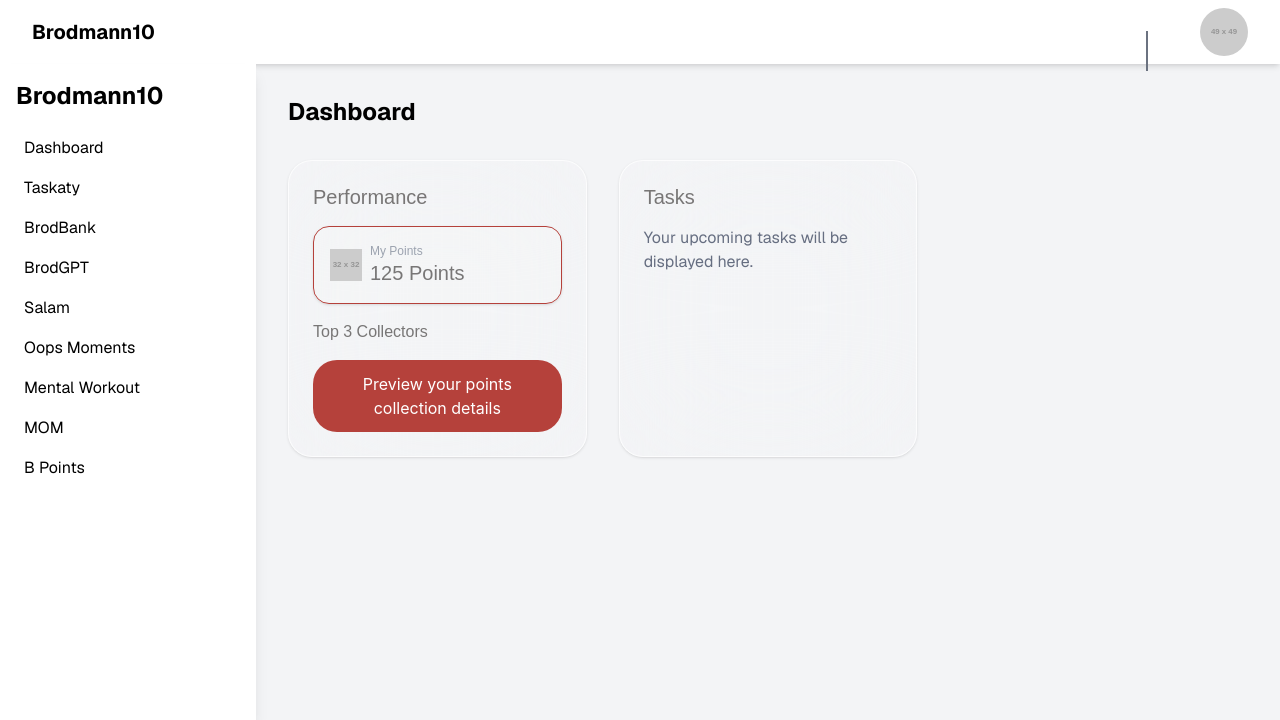
Repository: niirshihab/aetherav14
Page: /dashboard
An editor plug-in stored every save of this project. The page is shown before and after the next save, followed by the edit.
The browser window is 1280 px wide. The pictures show the whole page.
The project was rebuilt for these pictures with package versions that can differ from the ones it lists, and the page was loaded fresh each time. Some packages were replaced by stand-ins written for this rebuild. The framework's server and built-in components were replaced by stand-ins that run in the browser. Also part of the build but not shown: next.config.js.

Above is the page before, as saved 2024-07-21 02:05:26.

After the next save:
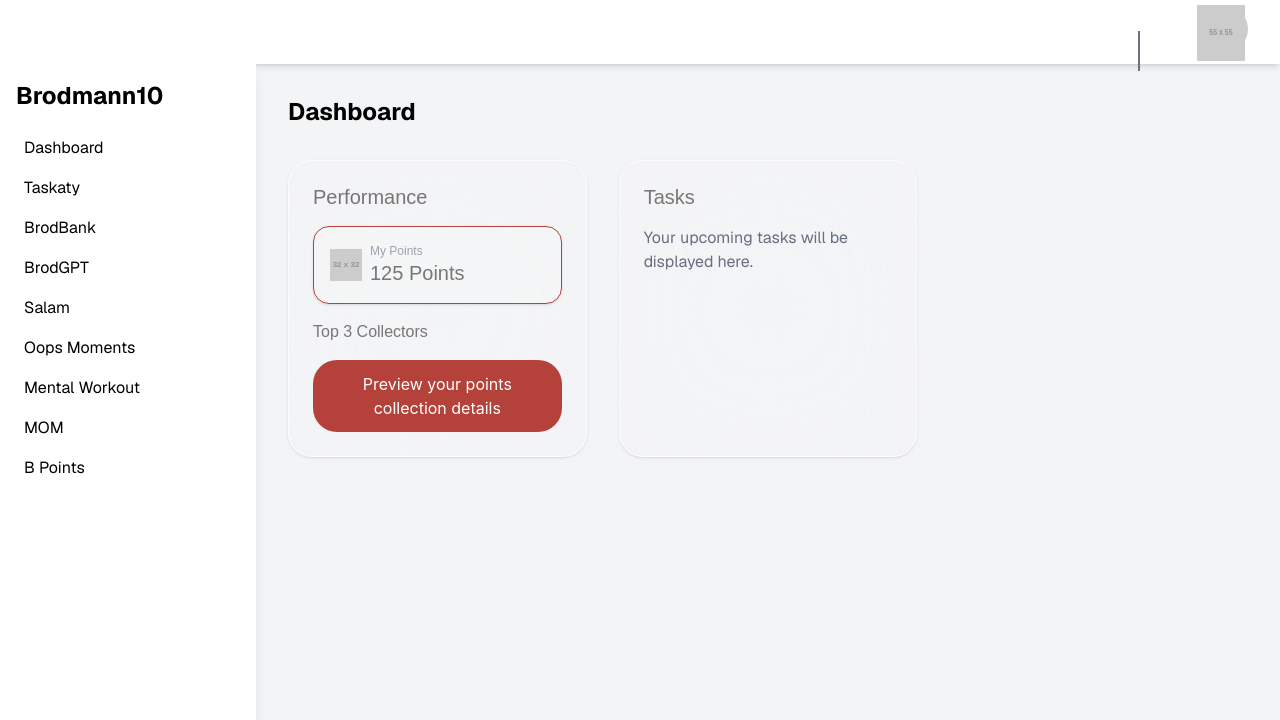
Saved 18 s later.
--- a/components/TopBar.tsx
+++ b/components/TopBar.tsx
@@ -9,34 +9,36 @@ export const TopBar: React.FC = () => {
   return (
     <div className="w-full bg-white shadow-md">
       <div className="max-w-7xl mx-auto px-4 sm:px-6 lg:px-8">
-        <div className="flex justify-between items-center h-16">
-          <div className="flex-shrink-0">
-            {/* Add your logo or brand name here */}
-            <span className="text-xl font-bold">Brodmann10</span>
-          </div>
-          <div className="ml-4 flex items-center">
+        <div className="flex justify-end items-center h-16">
+          <div className="flex items-center gap-5">
             <div className="TopBarLineSeperator w-10 h-px origin-top-left rotate-90 border border-gray-500 hidden sm:block"></div>
-            <div className="ml-3 relative">
-              <div>
-                <button
-                  onClick={() => setIsDropdownOpen(!isDropdownOpen)}
-                  className="max-w-xs bg-white flex items-center text-sm rounded-full focus:outline-none focus:ring-2 focus:ring-offset-2 focus:ring-brod-rose-700"
-                >
-                  <img
-                    className="h-12 w-12 rounded-full"
-                    src="https://via.placeholder.com/49x49"
-                    alt="Profile"
-                  />
-                </button>
-              </div>
+            <div className="relative">
+              <button
+                onClick={() => setIsDropdownOpen(!isDropdownOpen)}
+                className="focus:outline-none focus:ring-2 focus:ring-offset-2 focus:ring-brod-rose-700"
+              >
+                <div className="MaskGroup w-12 h-12 relative">
+                  <img className="TopBarProfileDropdown w-12 h-12 left-0 top-0 absolute rounded-full" src="https://via.placeholder.com/49x49" alt="Profile" />
+                  <img className="UnsplashIeebwgy6la w-14 h-14 left-[-3.11px] top-0 absolute" src="https://via.placeholder.com/55x55" alt="Profile Background" />
+                </div>
+              </button>
               {isDropdownOpen && (
-                <div className="origin-top-right absolute right-0 mt-2 w-48 rounded-md shadow-lg py-1 bg-white ring-1 ring-black ring-opacity-5 focus:outline-none">
-                  <div className="px-4 py-2">
-                    <p className="text-sm font-medium text-gray-900">James Smith</p>
-                    <p className="text-sm text-gray-500">Graphic Designer</p>
+                <div className="absolute right-0 mt-2 w-60 bg-neutral-100 rounded-xl shadow border border-white/70">
+                  <div className="px-7 py-7">
+                    <div className="flex items-center gap-2.5 mb-4">
+                      <div className="MaskGroup w-11 h-11 relative">
+                        <img className="w-11 h-11 left-0 top-0 absolute rounded-full" src="https://via.placeholder.com/45x45" alt="Profile" />
+                        <img className="w-14 h-14 left-[-5px] top-0 absolute" src="https://via.placeholder.com/55x55" alt="Profile Background" />
+                      </div>
+                      <div className="flex-col">
+                        <div className="text-black text-base font-bold font-['Inter'] leading-normal">James Smith</div>
+                        <div className="text-gray-500 text-xs font-normal font-['Inter'] leading-normal">Graphic Designer</div>
+                      </div>
+                    </div>
+                    <div className="h-px opacity-25 bg-stone-700 rounded-2xl mb-4"></div>
+                    <Link href="/settings" className="block px-5 py-4 rounded-xl text-black text-sm font-normal font-['ABeeZee'] leading-tight hover:bg-gray-200">Settings</Link>
+                    <Link href="/logout" className="block px-5 py-4 rounded-xl text-black text-sm font-normal font-['ABeeZee'] leading-tight hover:bg-gray-200">Logout</Link>
                   </div>
-                  <Link href="/settings" className="block px-4 py-2 text-sm text-gray-700 hover:bg-gray-100">Settings</Link>
-                  <Link href="/logout" className="block px-4 py-2 text-sm text-gray-700 hover:bg-gray-100">Logout</Link>
                 </div>
               )}
             </div>
